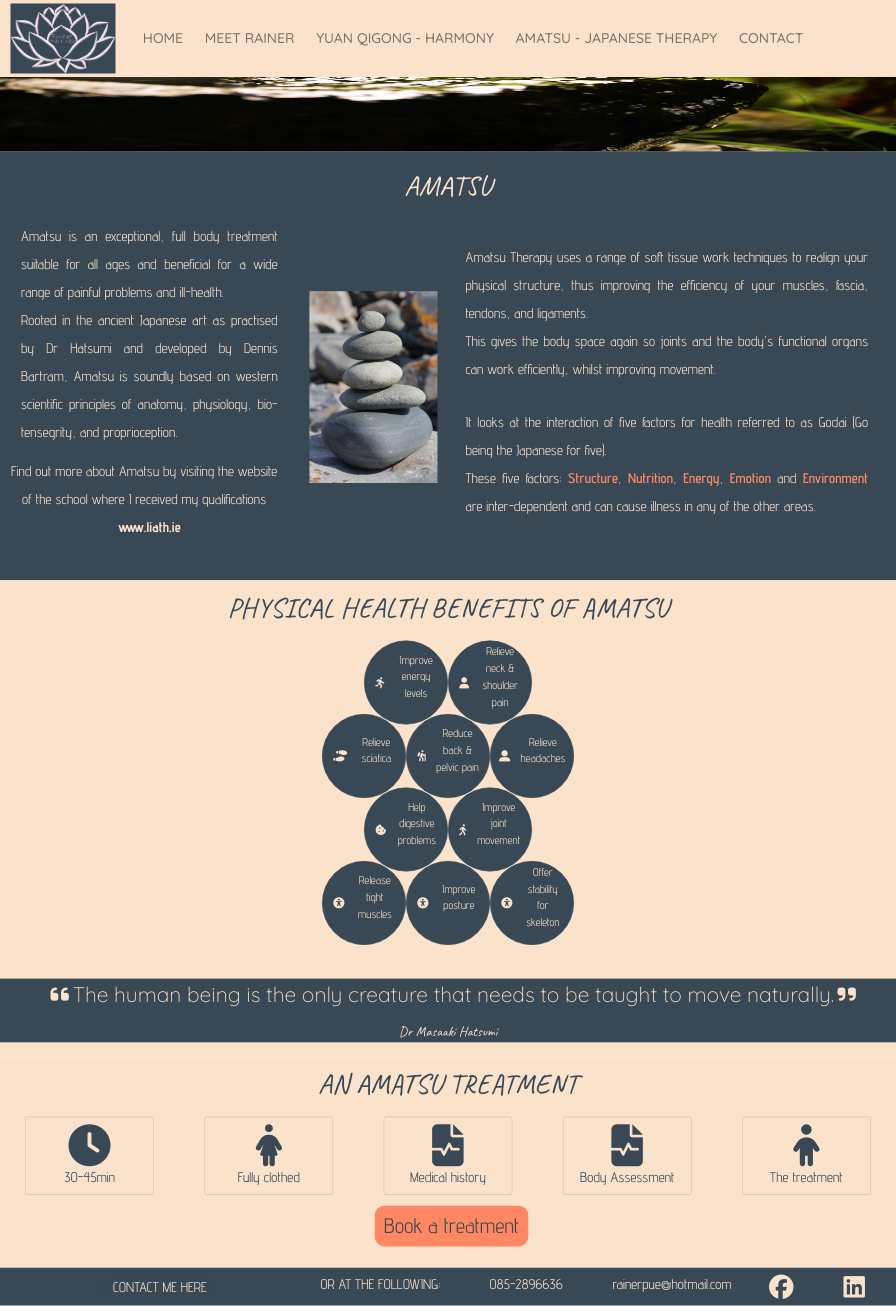
Repository: rainerpue/practitioner_website
Page: amatsu.html
The author's editor kept a record of every edit. The page is drawn from the files as they stood at one moment, then again after the next edit.
The browser window is 1280 px wide. The pictures show the whole page, at 70% of full size.
Some web libraries are served in a nearby version.

Above is the page before.

After the next edit:
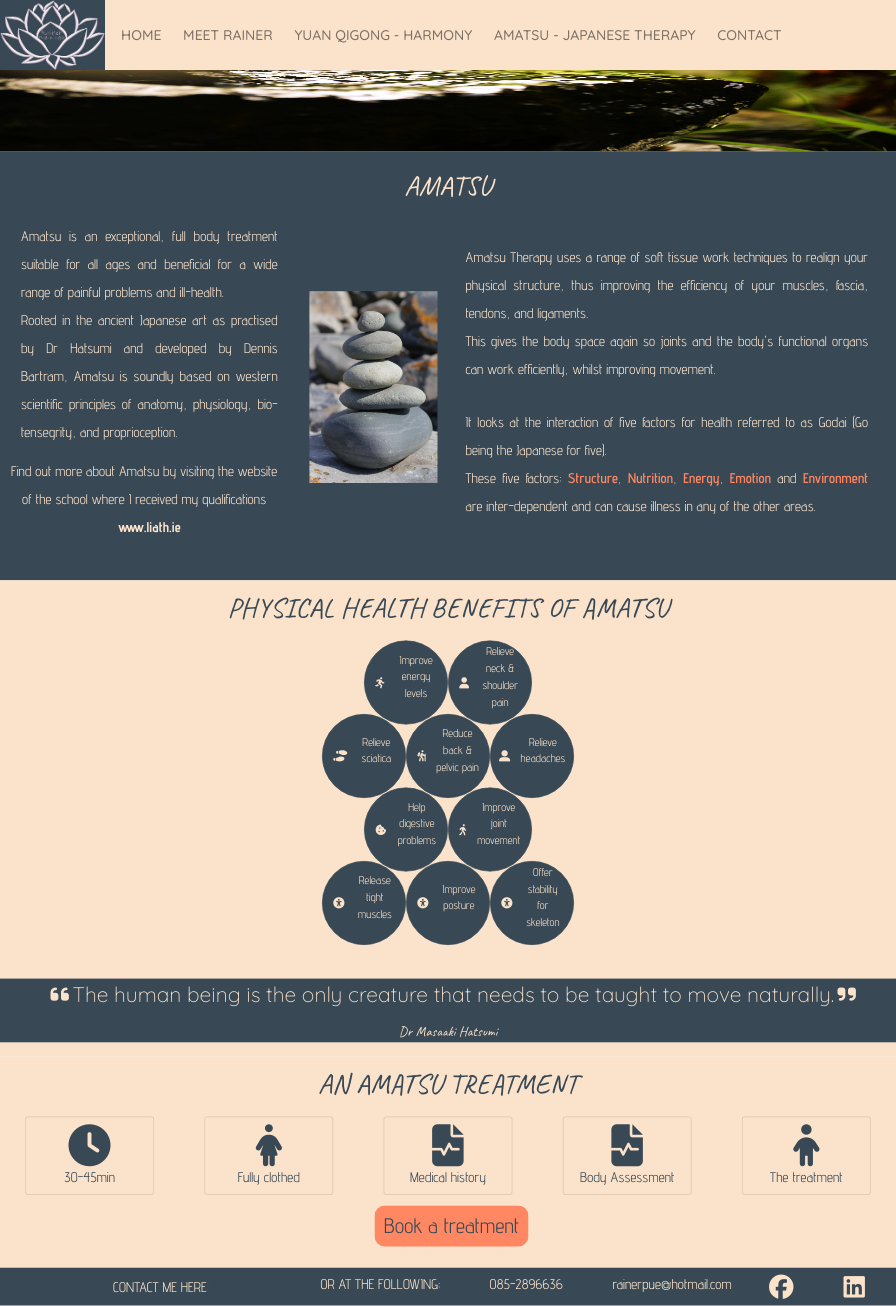
The edit:
--- a/amatsu.html
+++ b/amatsu.html
@@ -27,7 +27,7 @@
     <!-- blue background will only show on bigger screens, set to transparent for mobile device -->
     <nav class="navbar navbar-expand-md fixed-top navbar-light nav-coral">
         <!-- logo -->
-        <a href="index.html" class="navbar-brand logo">
+        <a href="index.html" class="navbar-brand" id="logo">
             <img src="assets/images/logo.jpg" width="150" height="100" alt="logo">
         </a>
         <!-- button for smaller devices -->
